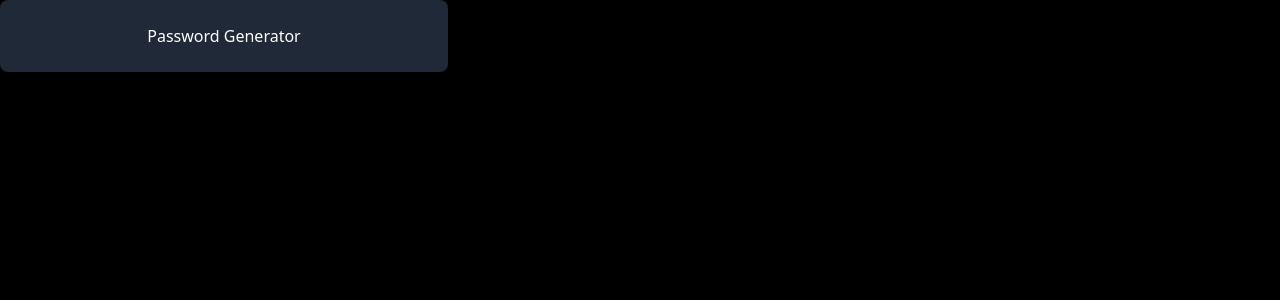
Repository: Abdul-Moeid-Rao/React-Projects
Page: / (app in 05passwordGenrator/)
These files come from the project's save history. The page is drawn as it stood at one moment and after the next save; the edit follows.
The browser window is 1280 px wide. The pictures show the whole page.
The project was rebuilt for these pictures with package versions that can differ from the ones it lists, and the page was loaded fresh each time. Also part of the build but not shown: 05passwordGenrator/vite.config.js.

Above is the page before, as saved 2024-07-14 21:18:31.

After the next save:
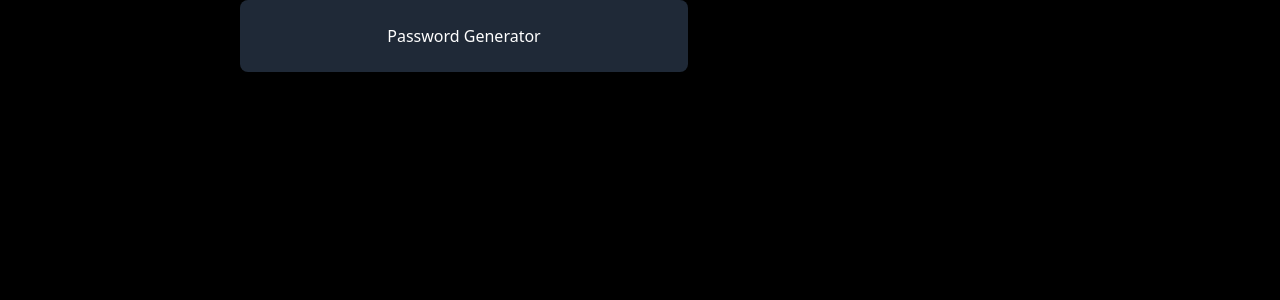
Saved 19 s later.
--- a/05passwordGenrator/src/App.jsx
+++ b/05passwordGenrator/src/App.jsx
@@ -26,7 +26,7 @@ function App() {
   }, [length, number, char, passGenerator])
 
   return (
-    <div className='w-full max-w-md max-auto shadow-md rounded-lg px-4 py-3 mx-100 bg-gray-800 text-orange-500 justify-center'>
+    <div className='w-full max-w-md max-auto shadow-md rounded-lg px-4 py-3 mx-60 bg-gray-800 text-orange-500 justify-center'>
       <h1 className='text-white text-center my-3'>Password Generator</h1>
     </div>
   )
